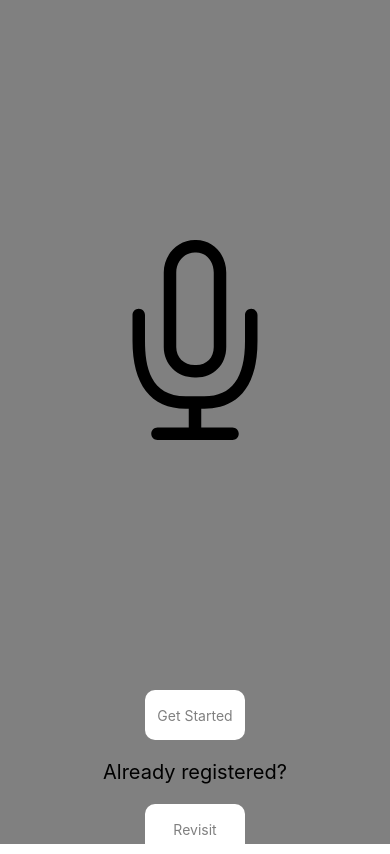
Repository: mortiestmorty1/recordings-app
Screen: / (app in frontend/)
These files come from the project's save history. The screen is drawn as it stood at one moment and after the next save; the edit follows.
The app was drawn by React Native's web renderer in a window 390 px wide. The project was rebuilt for these pictures with package versions that can differ from the ones it lists, and the page was loaded fresh each time. Also part of the build but not shown: frontend/components/registerUser.js.

Above is the screen before, as saved 2024-03-07 22:54:48.

### frontend/App.js
import { StatusBar } from 'expo-status-bar';
import { StyleSheet, View } from 'react-native';
import RegisterUser from './components/registerUser.js';
import React from 'react';
import FirstScreen from './components/firstscreen.js';

export default function App() {
  const handleRegistrationSuccess = (userData) => {
    console.log('User registered:', userData);
  };

  return (
    <View style={styles.container}>
      <FirstScreen />
      {/* <RegisterUser onSubmit={handleRegistrationSuccess} /> */}
      <StatusBar style="auto" />
    </View>
  );
}

const styles = StyleSheet.create({
  container: {
    flex: 1,
    backgroundColor: '#fff',
    alignItems: 'center',
    justifyContent: 'center',
  },
});

### frontend/components/firstscreen.js
import React from 'react';
import { View, Text, StyleSheet, TouchableOpacity } from 'react-native';
import { Svg, Path } from 'react-native-svg';

const FirstScreen = () => {
  return (
    <View style={styles.container}>
      <Svg style={styles.logo} fill="#000000" width="200" height="200" viewBox="0 0 1024 1024">
        <Path d="M510.88 704h7.6C607.44 704 672 638.4 672 548.032V166.624C672 73.184 604.56 0 518.466 0h-7.584C423.264 0 352 74.752 352 166.624v381.408C352 636.944 420.304 704 510.88 704zM416 166.624C416 110.032 458.56 64 510.88 64h7.6C569.504 64 608 108.128 608 166.624v381.408C608 603.024 572.032 640 518.464 640h-7.584c-55.872 0-94.88-37.808-94.88-91.968zM800 352c-17.68 0-32 14.336-32 32v133.072c0 190.4-67.968 282.929-207.744 282.929H465.12c-182.8 0-209.12-153.84-209.12-282.928V384.001c0-17.664-14.336-32-32-32s-32 14.336-32 32v133.072c0 220.496 91.888 346.928 273.12 346.928H480v96H320c-17.664 0-32 14.336-32 32s14.336 32 32 32h384c17.664 0 32-14.336 32-32s-14.336-32-32-32H544v-96h16.256C684.224 864.001 832 803.809 832 517.072V384c0-17.664-14.32-32-32-32z" />
      </Svg>
      <View style={styles.content}>
        <TouchableOpacity style={styles.btn1} onPress={() => console.log("Get Started pressed")}>
          <Text style={styles.btnText}>Get Started</Text>
        </TouchableOpacity>
        <Text style={styles.text}>Already registered?</Text>
        <TouchableOpacity style={styles.btn1} onPress={() => console.log("Revisit pressed")}>
          <Text style={styles.btnText}>Revisit</Text>
        </TouchableOpacity>
      </View>
    </View>
  );
};

const styles = StyleSheet.create({
  container: {
    flex: 1,
    width: '100%', // Ensure the container spans the full width
    height: '100%',
    justifyContent: 'center',
    alignItems: 'center',
    backgroundColor: 'grey',
  },
  logo: {
    width: 200,
    height: 200,
    bottom: 100, // Changed from bottom to marginBottom for better layout control
  },
  text: {
    fontSize: 20,
    margin: 20,
  },
  content: {
    justifyContent: 'center',
    alignItems: 'center',
    top: 250, // Changed from top to marginTop for better layout control
  },
  btn1: {
    width: 100,
    height: 50,
    backgroundColor: 'white',
    borderRadius: 10,
    justifyContent: 'center',
    alignItems: 'center',
  },
  btnText: {
    color: 'grey', // Style for the text inside TouchableOpacity
  },
});

export default FirstScreen;

After the next save:
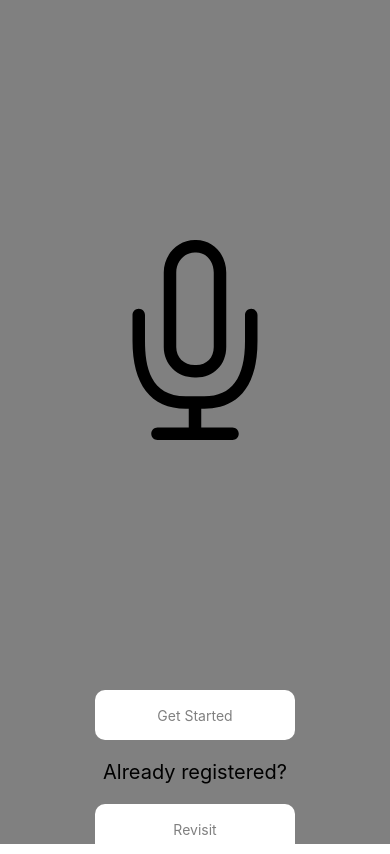
Saved 36 s later.
--- a/frontend/components/firstscreen.js
+++ b/frontend/components/firstscreen.js
@@ -45,7 +45,7 @@ const styles = StyleSheet.create({
     top: 250, // Changed from top to marginTop for better layout control
   },
   btn1: {
-    width: 100,
+    width: 200,
     height: 50,
     backgroundColor: 'white',
     borderRadius: 10,
